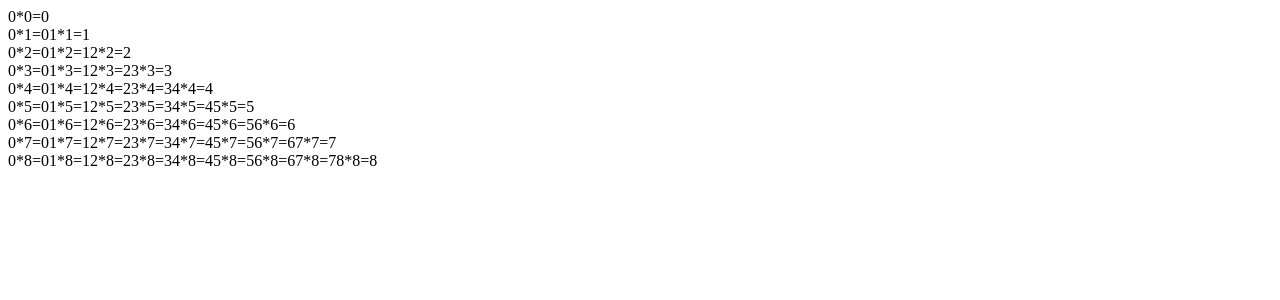
Repository: pengyuguan1984/JavaScriptPractice
Page: For-Exec02.html
An editor plug-in stored every save of this project. The page is shown before and after the next save, followed by the edit.
The browser window is 1280 px wide. The pictures show the whole page.

Above is the page before, as saved 2020-10-07 16:24:34.

After the next save:
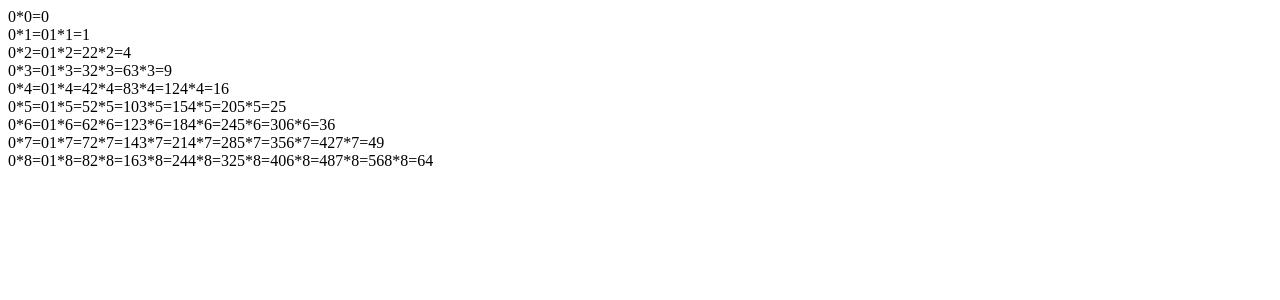
Saved 4 s later.
--- a/For-Exec02.html
+++ b/For-Exec02.html
@@ -24,7 +24,7 @@
     //    }
     for(var i=0; i<9; i++){
         for(j=0;j<i+1;j++){
-            document.write(j+'*'+i+'='+j)
+            document.write(j+'*'+i+'='+j*i)
         }
        document.write('<br />')
     }
